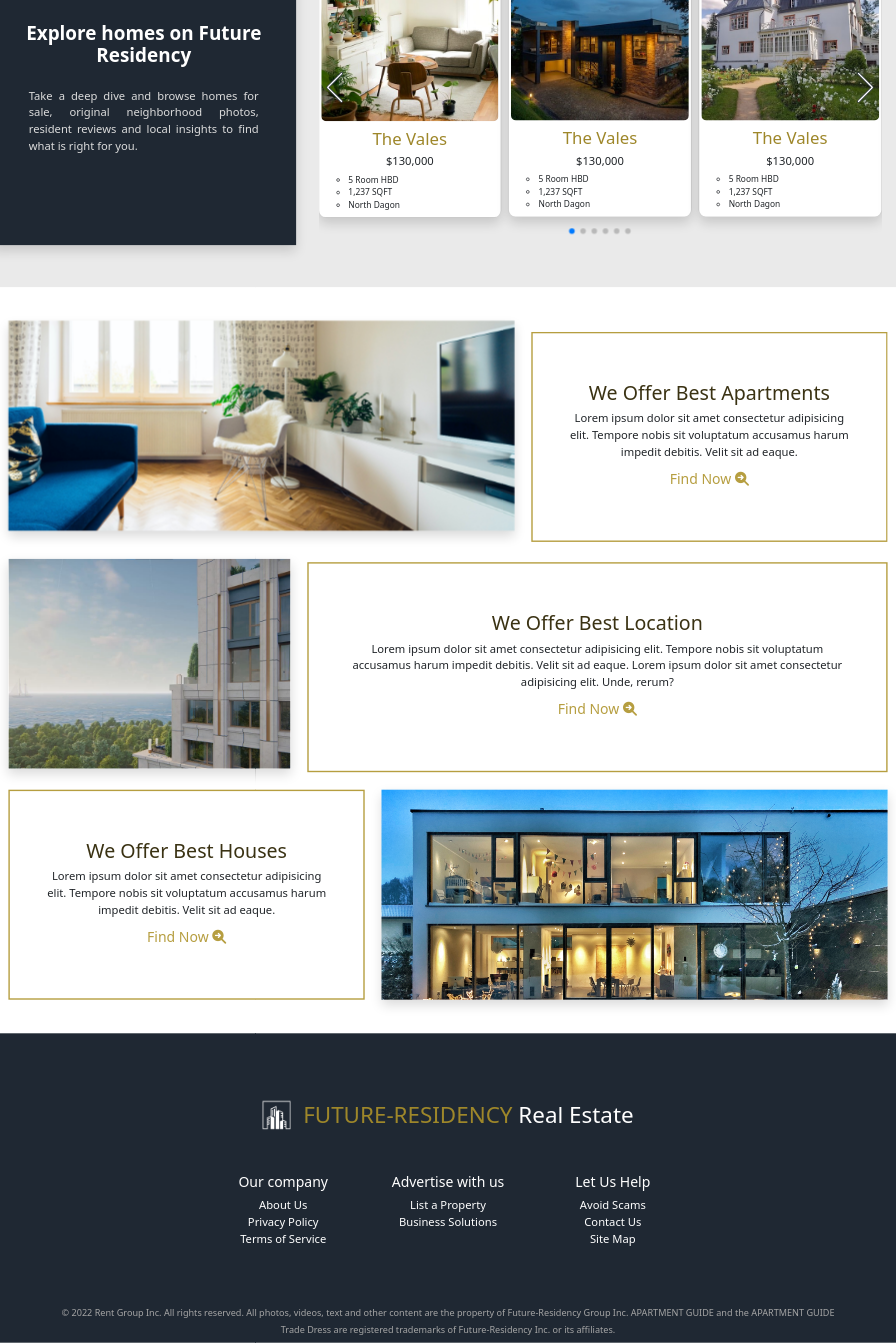
Repository: pyaestk/Future-residency
Page: index.html
The author's editor kept a copy of each file at every save. The page is drawn from the files as they stood at one save, then again after the next save.
The browser window is 1280 px wide. The pictures show the part of the page from y = 863 to 2783 px (the page is 2781 px tall before and 2783 px after), at 70% of full size.
Pictures or frames that could not be fetched are drawn as grey boxes.

Above is the page before, as saved 2022-12-06 22:04:27.
Console error: ReferenceError: widdow is not defined

### index.html
<!doctype html>
<html lang="en">

<head>
  <meta charset="utf-8">
  <meta name="viewport" content="width=device-width, initial-scale=1, minimum-scale=1, maximum-scale=1 ">
  <title>FUTURE-RESIDENCY</title>
  <!--bootstrap-->
  <link href="https://cdn.jsdelivr.net/npm/bootstrap@5.2.3/dist/css/bootstrap.min.css" rel="stylesheet"
    integrity="sha384-rbsA2VBKQhggwzxH7pPCaAqO46MgnOM80zW1RWuH61DGLwZJEdK2Kadq2F9CUG65" crossorigin="anonymous">

  <!--custom css-->
  <link rel="stylesheet" href="style.css" type="text/css">
  <link rel="stylesheet" href="styleMobileview.css" type="text/css">
  <link rel="stylesheet" href="styleTabletview.css" type="text/css">

  <!--font awesome-->
  <link rel="stylesheet" href="https://cdnjs.cloudflare.com/ajax/libs/font-awesome/6.2.1/css/all.min.css"
    integrity="sha512-MV7K8+y+gLIBoVD59lQIYicR65iaqukzvf/nwasF0nqhPay5w/9lJmVM2hMDcnK1OnMGCdVK+iQrJ7lzPJQd1w=="
    crossorigin="anonymous" referrerpolicy="no-referrer" />

  <!--swiper js-->
  <link rel="stylesheet" href="https://cdn.jsdelivr.net/npm/swiper@8/swiper-bundle.min.css" />

</head>

<body>

  <!-- background -->
  <div class="background"></div>
  <!--navigation-->
  <nav class="shadow">
    <div class="logo-area">
      <img src="img/FUTURE_ReSIDENCY-removebg-preview.png" alt="logo" class="logo">
      <span>FUTURE-RESIDENCY</span>
    </div>


    <!--desktop-->
    <div class="navlinks" id="nav-right">
      <div class="icon closeMenubar shadow" onclick="hideMenu()">
        <i class="fa-solid fa-xmark"></i>
      </div>
      <ul>
        <li><a href="#home">HOME</a></li>
        <li><a href="properties.html">PROPERTIES</a></li>
        <li><a href="aboutUs.html">ABOUT US</a></li>
        <li><a href="contactUs.html">CONTACT US</a></li>
        <a href="singIn.html" class="navibutton">JOIN</a></li>
      </ul>
    </div>
    <div class="icon openMenubar">
      <i class="fa-solid fa-bars" onclick="showMenu()"></i>
    </div>
  </nav>
  <!--end navigation-->


  <!--jumbotron-->
  <div class="jumbotron mb-5" id="home">
    <div class="row mt-3">

      <div class="col-md-7 content">
        <div class="row px-5 text-center">
          <div class="col-md-12 mt-4 px-1">
            <div class="subtext text-center">
              <h4  style="--delay: 0s;">Future Residency Real Estate</h4>
            </div>
            <p  style="--delay: .4s;">Discover A Place You'll Love To Live</p>
            <div class="subtext my-4 text-center">
              <span  style="--delay: .8s;">Save thousands. Use our innovative technology to walk you
                step-by-step through the home buying and selling process.</span>
            </div>
            <hr>
          </div>
        </div>

        <div class="row justify-content-md-center formsession">
          <div class="col-md-12">
            <div class="mb-3 text-center"><span>Let's find a home that's perfect for you <i
                  class="fa-sharp fa-solid fa-caret-down"></i></span></div>
            <div class="searchSection shadow  py-3 ">
              <div class="row">
                <div class="container input-group form-area mb-3 searchgroup">
                  <input type="text" class="form-control searchbar" placeholder="Address, neighborhood, city, ZIP code">
                  <button><i class="fa-solid fa-magnifying-glass"></i></button>
                </div>
              </div>
              <div class="row">
                <div class="col-md-5 col">
                  <select name="" id="">
                    <option value="">Dagon</option>
                    <option value="">North Dagon</option>
                    <option value="">Yankin</option>
                    <option value="">San Chaung</option>
                  </select>
                  <input type="text" class="form-control" placeholder="other location">
                </div>
                <div class="col-md-5 col">
                  <select name="" id="">
                    <option value="">Max Price</option>
                    <option value="">Average</option>
                    <option value="">Min Price</option>
                  </select>
                  <input type="text" class="form-control" placeholder="your price">
                </div>
                <div class="col-md-2 pt-3 col-3">
                  <div class="form-check">
                    <input class="form-check-input" type="radio" name="flexRadioDefault" id="flexRadioDefault1">
                    <label class="form-check-label" for="flexRadioDefault1">
                      Sale
                    </label>
                  </div>
                  <div class="form-check">
                    <input class="form-check-input" type="radio" name="flexRadioDefault" id="flexRadioDefault2" checked>
                    <label class="form-check-label" for="flexRadioDefault2">
                      Rent
                    </label>
                  </div>
                </div>
              </div>
            </div>
          </div>
        </div>
      </div>

      <div class="col-md-5 text-center customCarousel my-2">
        <div id="carouselExampleCaptions" class="carousel slide w-100" data-bs-ride="true">
          <div class="carousel-inner carouselborder shadow-lg">
            <div class="carousel-item active">
              <img src="img/carousel1.jpg" class="img-fluid d-block w-100" alt="...">
            </div>
            <div class="carousel-item">
              <img src="img/carousel2.jpg" class="img-fluid d-block w-100" alt="...">
            </div>
            <div class="carousel-item">
              <img src="img/carousel3.jpg" class="img-fluid d-block w-100" alt="...">
            </div>
          </div>
          <button class="carousel-control-next" type="button" data-bs-target="#carouselExampleCaptions"
            data-bs-slide="next">
            <span class="carousel-control-next-icon" aria-hidden="true"></span>
            <span class="visually-hidden">Next</span>
          </button>
        </div>
      </div>
    </div>
  </div>
  <!--end jumbotron-->

  <div class="group1">
    <div class="row">

      <div class="col-md-4">
        <div class="row label2 shadow">
          <div class="col-md-12 text-center">

            <h3>Explore homes on Future Residency</h3>
            <p class="sublabel">
              Take a deep dive and browse homes for sale, original neighborhood photos, resident reviews and local
              insights to find what is right for you.
            </p>

          </div>
        </div>
      </div>

      <div class="col-md-8">

        <div class="row featuredcard">
          <div class="col-md-12">
            <!--index swiperJs-->
            <div class="swiper mySwiper">
              <div class="swiper-wrapper mb-4">
                <div class="swiper-slide">

                  <div class="card salecard shadow">
                    <div class="salecard-img">
                      <img src="img/apartment1.jpg" class="card-img-top" alt="...">
                      <div class="layer">
                        <h6> See More <i class="fa-sharp fa-solid fa-arrow-right-from-bracket"></i></h6>
                      </div>
                      <div class="layer2">
                        <span>For Rent</span>
                      </div>
                    </div>
                    <div class="salecard-body">
                      <div class="row">
                        <div class="col-md-12 text-center">
                          <h4>The Vales</h4>
                          <h6>$130,000</h6>
                        </div>
                        <div class="col-md-12">
                          <li>5 Room HBD</li>
                          <li>1,237 SQFT</li>
                          <li>North Dagon</li>
                        </div>
                      </div>
                    </div>
                  </div>

                </div>
                <div class="swiper-slide">

                  <div class="card salecard shadow">
                    <div class="salecard-img">
                      <img src="img/house3.jpg" class="card-img-top" alt="...">
                      <div class="layer">
                        <h6> See More <i class="fa-sharp fa-solid fa-arrow-right-from-bracket"></i></h6>
                      </div>
                      <div class="layer2">
                        <span>For Sale</span>
                      </div>
                    </div>
                    <div class="salecard-body">
                      <div class="row">
                        <div class="col-md-12 text-center">
                          <h4>The Vales</h4>
                          <h6>$130,000</h6>
                        </div>
                        <div class="col-md-12">
                          <li>5 Room HBD</li>
                          <li>1,237 SQFT</li>
                          <li>North Dagon</li>
                        </div>
                      </div>
                    </div>
                  </div>

                </div>
                <div class="swiper-slide">

                  <div class="card salecard shadow">
                    <div class="salecard-img">
                      <img src="img/house1.jpg" class="card-img-top" alt="...">
                      <div class="layer">
                        <h6> See More <i class="fa-sharp fa-solid fa-arrow-right-from-bracket"></i></h6>
                      </div>
                      <div class="layer2">
                        <span>For Sale</span>
                      </div>
                    </div>
                    <div class="salecard-body">
                      <div class="row">
                        <div class="col-md-12 text-center">
                          <h4>The Vales</h4>
                          <h6>$130,000</h6>
                        </div>
                        <div class="col-md-12">
                          <li>5 Room HBD</li>
                          <li>1,237 SQFT</li>
                          <li>North Dagon</li>
                        </div>
                      </div>
                    </div>
                  </div>

                </div>
                <div class="swiper-slide">

                  <div class="card salecard shadow">
                    <div class="salecard-img">
                      <img src="img/house5.jpg" class="card-img-top" alt="...">
                      <div class="layer">
                        <h6> See More <i class="fa-sharp fa-solid fa-arrow-right-from-bracket"></i></h6>
                      </div>
                      <div class="layer2">
                        <span>For Sale</span>
                      </div>
                    </div>
                    <div class="salecard-body">
                      <div class="row">
                        <div class="col-md-12 text-center">
                          <h4>The Vales</h4>
                          <h6>$130,000</h6>
                        </div>
                        <div class="col-md-12">
                          <li>5 Room HBD</li>
                          <li>1,237 SQFT</li>
                          <li>North Dagon</li>
                        </div>
                      </div>
                    </div>
                  </div>

                </div>
                <div class="swiper-slide">

                  <div class="card salecard shadow">
                    <div class="salecard-img">
                      <img src="img/house10.jpg" class="card-img-top" alt="...">
                      <div class="layer">
                        <h6> See More <i class="fa-sharp fa-solid fa-arrow-right-from-bracket"></i></h6>
                      </div>
                      <div class="layer2">
                        <span>For Sale</span>
                      </div>
                    </div>
                    <div class="salecard-body">
                      <div class="row">
                        <div class="col-md-12 text-center">
                          <h4>The Vales</h4>
                          <h6>$130,000</h6>
                        </div>
                        <div class="col-md-12">
                          <li>5 Room HBD</li>
                          <li>1,237 SQFT</li>
                          <li>North Dagon</li>
                        </div>
                      </div>
                    </div>
                  </div>

                </div>
                <div class="swiper-slide">

                  <div class="card salecard shadow">
                    <div class="salecard-img">
                      <img src="img/apartment5.jpg" class="card-img-top" alt="...">
                      <div class="layer">
                        <h6> See More <i class="fa-sharp fa-solid fa-arrow-right-from-bracket"></i></h6>
                      </div>
                      <div class="layer2">
                        <span>For Rent</span>
                      </div>
                    </div>
                    <div class="salecard-body">
                      <div class="row">
                        <div class="col-md-12 text-center">
                          <h4>The Vales</h4>
                          <h6>$130,000</h6>
                        </div>
                        <div class="col-md-12">
                          <li>5 Room HBD</li>
                          <li>1,237 SQFT</li>
                          <li>North Dagon</li>
                        </div>
                      </div>
                    </div>
                  </div>

                </div>

              </div>

              <div class="swiper-button-next" style="color: #ffffff;   -webkit-text-stroke-width: 1px;
              -webkit-text-stroke-color: #1F2833;"></div>

              <div class="swiper-button-prev text-light" style="color: #ffffff;   -webkit-text-stroke-width: 1px;
              -webkit-text-stroke-color: #1F2833;"></div>

              <div class="swiper-pagination"></div>
            </div>
          </div>
          <!--swiperJs end-->
        </div>
      </div>

    </div>
  </div>
  <!--group1 end-->




  <div class="container-fluid pt-5">
    <div class="row pic-container">
      <div class="col-md-7">
        <div class="pic1" id="reveal2">
          <img class="shadow" src="img/jarek-ceborski-jn7uVeCdf6U-unsplash.jpg" alt="">
        </div>
      </div>
      <div class=" col-md-5 d-flex flex-column justify-content-center">
        <div class="pic1-caption mt-3 d-flex flex-column justify-content-center px-5 align-items-center" id="reveal">
          <h3>We Offer Best Apartments</h3>
          <span>Lorem ipsum dolor sit amet consectetur adipisicing elit.
             Tempore nobis sit voluptatum accusamus harum impedit debitis.
             Velit sit ad eaque.
          </span>
          <h6>Find Now <i class="fa-solid fa-magnifying-glass-arrow-right"></i></h6>
        </div>
      </div>
    </div>
  </div>
  <div class="container-fluid pt-2">
    <div class="row mt-3">
      <div class="col-md-4 vid">
        <video class="shadow" src="img/1624370561481-FbR_sea_fin_2905 - converted with Clipchamp.mp4" muted poster="img/Screenshot 2022-12-05 124058.jpg" onmouseover="this.play()" onmouseout="this.pause()"></video>
      </div>
      <div class=" col-md-8 d-flex flex-column justify-content-center">
        <div class="vid-caption mt-1 px-5 d-flex flex-column justify-content-center align-items-center">
          <h3>We Offer Best Location</h3>
          <span>Lorem ipsum dolor sit amet consectetur adipisicing elit.
            Tempore nobis sit voluptatum accusamus harum impedit debitis.
            Velit sit ad eaque.
            Lorem ipsum dolor sit amet consectetur adipisicing elit. Unde, rerum?
          </span>
          <h6>Find Now <i class="fa-solid fa-magnifying-glass-arrow-right"></i></h6>
        </div>
      </div>

    </div>
  </div>

  <div class="container-fluid pt-2 mb-5">
    <div class="row mt-3 pic2-container">

      <div class=" col-md-5 d-flex flex-column justify-content-center">
        <div class="pic2-caption px-5 d-flex flex-column justify-content-center align-items-center">
          <h3>We Offer Best Houses</h3>
          <span>Lorem ipsum dolor sit amet consectetur adipisicing elit.
            Tempore nobis sit voluptatum accusamus harum impedit debitis.
            Velit sit ad eaque.
          </span>
          <h6>Find Now <i class="fa-solid fa-magnifying-glass-arrow-right"></i></h6>
        </div>
      </div>
      <div class="col-md-7 pic2">
        <img class="shadow" src="img/stephan-bechert-yFV39g6AZ5o-unsplash.jpg" alt="">
      </div>

    </div>
  </div>









  <!--footer-->
  <div class="footer pt-5">
    <div class="container text-center text-white">
      <div class="row">
        <div class="col-md-12 my-5">
          <h2><img src="img/FUTURE_ReSIDENCY-removebg-preview-modified.png" alt="logo" class="logo pb-2"><span>
              FUTURE-RESIDENCY </span> Real Estate</h2>
        </div>
      </div>
      <div class="row pb-5 gap-5 justify-content-md-center">
        <div class="col col-md-2">
          <h5>Our company</h5>
          <div>About Us</div>
          <div>Privacy Policy</div>
          <div>Terms of Service</div>
        </div>
        <div class="col-md-auto">
          <h5>Advertise with us</h5>
          <div>List a Property</div>
          <div>Business Solutions</div>
        </div>
        <div class="col col-md-2">
          <h5>Let Us Help</h5>
          <div>Avoid Scams</div>
          <div>Contact Us</div>
          <div>Site Map</div>
        </div>
      </div>
      <hr>
      <div class="row text-center pb-2">
        <div class="col-md-12">
          <span class="copyright">© 2022 Rent Group Inc. All rights reserved. All photos, videos, text and other content
            are the property of Future-Residency Group Inc. APARTMENT GUIDE and the APARTMENT GUIDE Trade Dress
            are registered trademarks of Future-Residency Inc. or its affiliates.</span>
        </div>
      </div>
    </div>
  </div>



  <!--swiper js-->
  <script src="https://cdn.jsdelivr.net/npm/swiper@8/swiper-bundle.min.js"></script>

  <!--javascript-->
  <script src="app.js"></script>

  <!--bootstrap-->
  <script src="https://cdn.jsdelivr.net/npm/bootstrap@5.2.3/dist/js/bootstrap.bundle.min.js"
    integrity="sha384-kenU1KFdBIe4zVF0s0G1M5b4hcpxyD9F7jL+jjXkk+Q2h455rYXK/7HAuoJl+0I4"
    crossorigin="anonymous"></script>
</body>

</html>

### styleMobileview.css

/* mobile view */

@media only screen and (max-width: 767px) {

  /* navigation */
  .icon{
    display: block;
    cursor: pointer;
  }
  nav{
    z-index: 1000;
  }
  .navlinks{
    position: absolute;
    background-color: rgb(216, 216, 216);
    height: 100vh;
    width: 100vw;
    top: 0;
    right: -100vw;
    text-align: left;
    z-index: 10;
    transition: .7s;
  }
  .navlinks ul li a{
    color: black;
  }
  .navlinks ul li{
    display: block;
    margin: 50px 0;
    border-radius: 20px;
  }
  .navlinks ul{
    padding-left: 0;
    text-align: center;
  }
  .navibutton{
    margin-left: 0;
    color: black;
    border: 2px solid black;
  }
  .navlinks .closeMenubar{
    background-color: white;
    display: block;
    padding: 15px 20px;
    text-align: end;
  }
  /* navigation end */

  /* jumbotron */
  .jumbotron p{
    font-size: 55px;
  }
  .subtext h4, .subtext{
    font-size: 13px;
  }
  .indexBackground{
    background: linear-gradient(90deg, #EAEAEA 65%, #EAEAEA -30%);
  }
  .searchSection{
    margin: 10px 10px;
  }
  .customCarousel{
    margin-left: 10px;
  }
  .carousel-control-next{
    padding-right: 30px;
  }
  /* jumbotron end */

  /* first group */
  .group1{
    padding-top: 10px;
    padding-bottom: 10px;
  }
  .label2{
    margin-left: 10px;
    border-radius: 10px;
    margin: 0 10px;
    padding: 40px 15px 40px 15px;
  }
  .label2 h3{
    font-size: 20px;
  }
  .sublabel{
    font-size: 13px;
    padding-top: 10px;
  }
  .salecard li{
    padding-left: 20px;
  }
  .featuredcard{
    padding: 0 10px;
  }
  /* second group */
  .group2 .col-md-8{
    order: 2;
  }
  .label{
    margin: 0 10px;
    padding: 30px 0;
    border-radius: 5px 20px 20px 5px;
  }
  .label h3{
    font-size: 20px;
    padding: 20px 10px;
  }


  .salecard h6{
    font-size: 12px;
    padding-bottom: 0;
  }
  .salecard li{
    font-size: 10px;
    list-style-type: circle;
  }
  .layer h5{
    font-size: 12px;
  }

  .layer2{
    font-size: 10px;
    padding: 3px 3px;
  }
  .pic2-container .col-md-5{
    order: 2;
  }

  /* properties */
  .searchSection{
    font-size: 13px;
  }
  .searchSection input::placeholder{
    font-size: 13px;
  }

  /* aboutUs */
  .ourhistory .label2{
    color: white;
    background-color: #1F2833;
    margin-left: 10px;
    border-radius: 5px 20px 20px 5px;
    margin: 10px 10px;
    padding: 10px;
  }
  .ourhistory .history{
    border-radius: 20px 5px 5px 20px;
    margin: 30px 10px 0px 10px;
  }
  .history{
    text-align: justify;
  }
  .locationsession{
    text-align: center;
    margin: 10px;
  }

  /* contact us */
  .contactsession .cards{
    width: 320px;
  }
  .contactsession .card-body{
    padding: 25px 5px;
  }
  .contactsession h3{
    font-size: 15px;
  }
  .card-text{
    font-size: 14px;
  }
  .contactCard{
    height: 300px;
  }
  .contactCard h4{
    font-size: 18px;
  }
  .contactCard h6{
    font-size: 14px;
  }
  .contactCard p{
    font-size: 12px;
  }


  /* sign in page */
  .login-form{
    min-height: 60vh;
  }
  .login-video{
    margin-top: 25px;
  }
  .loginlayer{
    width: 270px;
  }
  .loginlayer h3{
    font-size: 20px;
  }
  .loginlayer h6{
    font-size: 13px;
  }

  /* saleitem page */
  .itemDetail{
    margin-top: 25px;
    margin-bottom: 30px;
  }

  /* footer */
  .footer h2{
    font-size: 19px;
  }
  .footer h5{
    font-size: 17px;
  }
  .footer{
    font-size: 12px;
  }
  .footer .copyright{
    font-size: 12px;
  }

}

Loaded but not shown: app.js (117 lines, source omitted); style.css (682 lines, source omitted); styleTabletview.css (234 lines, source omitted)

After the next save:
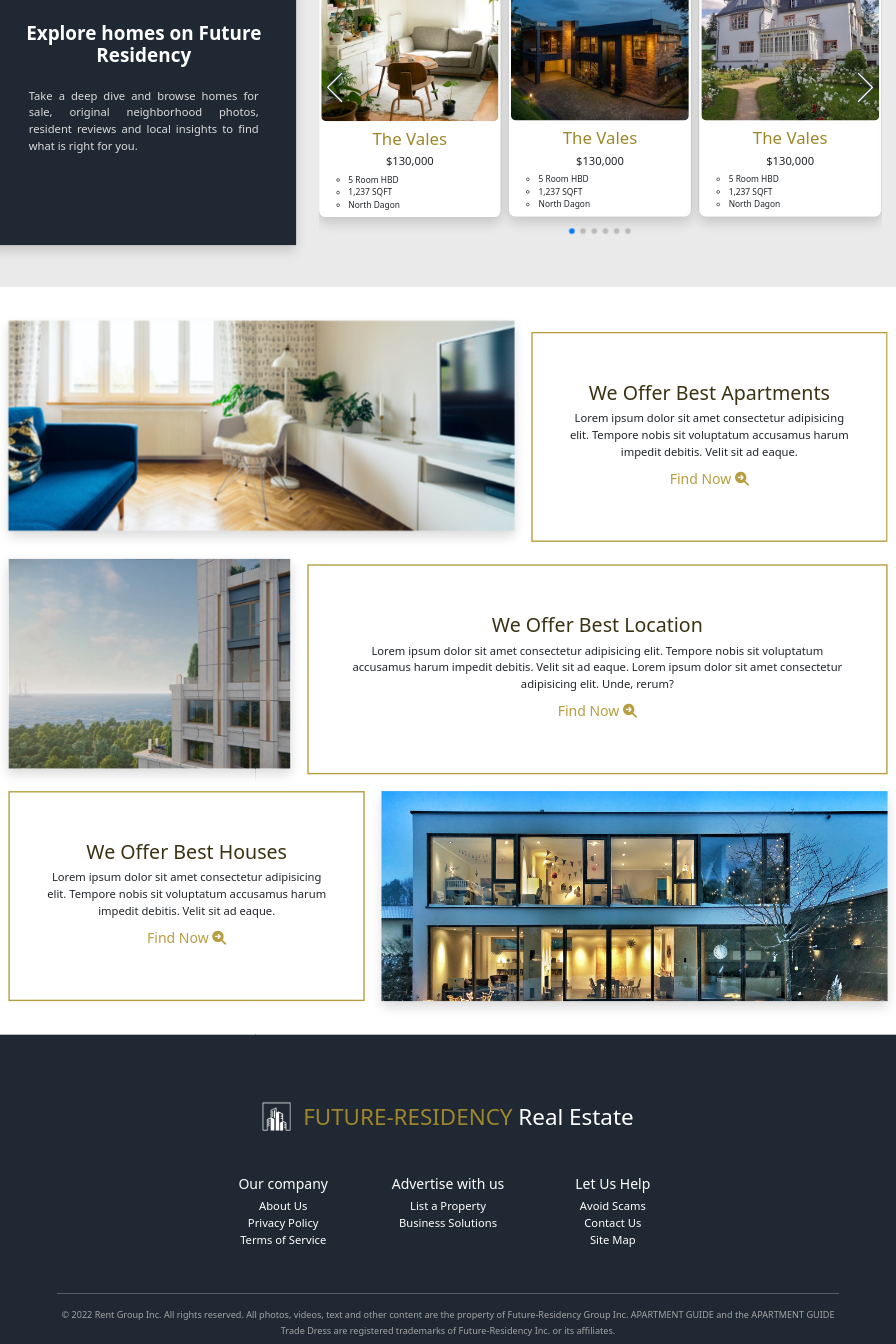
Saved 6 s later.
--- a/index.html
+++ b/index.html
@@ -388,7 +388,7 @@
         <video class="shadow" src="img/1624370561481-FbR_sea_fin_2905 - converted with Clipchamp.mp4" muted poster="img/Screenshot 2022-12-05 124058.jpg" onmouseover="this.play()" onmouseout="this.pause()"></video>
       </div>
       <div class=" col-md-8 d-flex flex-column justify-content-center">
-        <div class="vid-caption mt-1 px-5 d-flex flex-column justify-content-center align-items-center">
+        <div class="vid-caption mt-2 px-5 d-flex flex-column justify-content-center align-items-center">
           <h3>We Offer Best Location</h3>
           <span>Lorem ipsum dolor sit amet consectetur adipisicing elit.
             Tempore nobis sit voluptatum accusamus harum impedit debitis.
